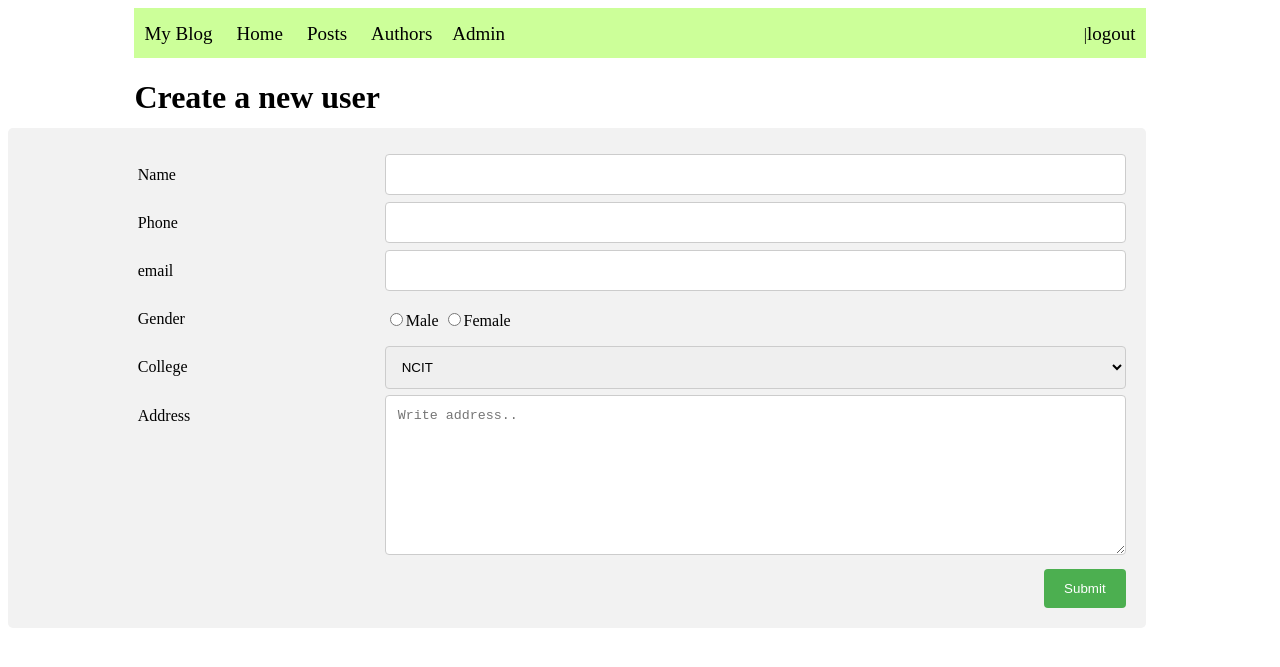
Repository: Software284/servlet-jsp-project
Page: http://localhost/Crud_WIth_Spring_Mvc_and_Hibernate_with_xml/WEB-INF/view/updatepage.jsp
An editor plug-in stored every save of this project. The page is shown before and after the next save, followed by the edit.
The browser window is 1280 px wide. The pictures show the whole page.
The page is served by Tomcat 9. Nobody is signed in. The template is opened directly, without the code that normally fills it, so the values that code supplies are empty.

Above is the page before, as saved 2020-06-13 23:14:24.

After the next save:
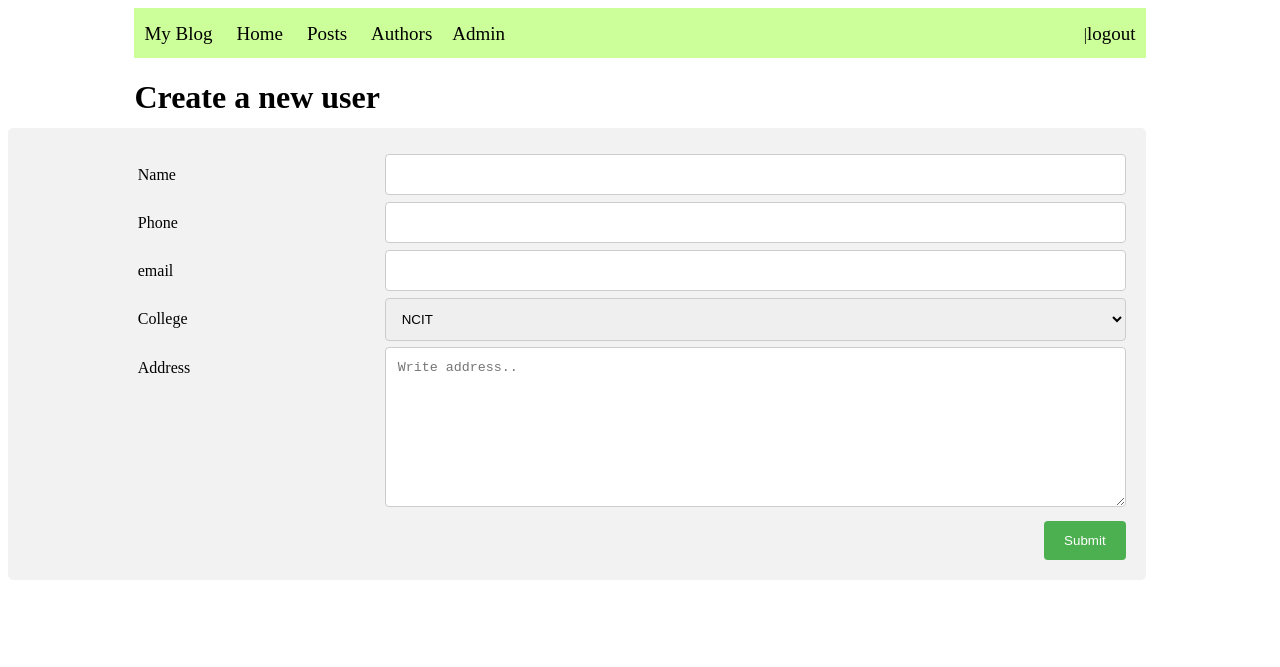
Saved 24 s later.
--- a/Crud WIth Spring Mvc and Hibernate with xml/WebContent/WEB-INF/view/updatepage.jsp
+++ b/Crud WIth Spring Mvc and Hibernate with xml/WebContent/WEB-INF/view/updatepage.jsp
@@ -243,10 +243,18 @@ input[type=submit]:hover {
    </div>
    <c:set var="gen" scope="page" value="${table.gender}"/>
       <c:if test="${gen=='male'}">
+       <div class="row">
+    <div class="col-25">
+      <label for="active">Gender</label>
+    </div>
+    <div class="col-75">
+      <input type="radio" style="margin-top:15px;"  name="gender" value="male" checked>Male
+      <input type="radio" style="margin-top:15px;"  name="gender" value="female">Female
+    </div>
+  </div>
       </c:if>
        <c:if test="${gen=='female'}">
-      </c:if>
-    <div class="row">
+        <div class="row">
     <div class="col-25">
       <label for="active">Gender</label>
     </div>
@@ -255,6 +263,8 @@ input[type=submit]:hover {
       <input type="radio" style="margin-top:15px;"  name="gender" value="female">Female
     </div>
   </div>
+      </c:if>
+
   <div class="row">
     <div class="col-25">
       <label for="country">College</label>
